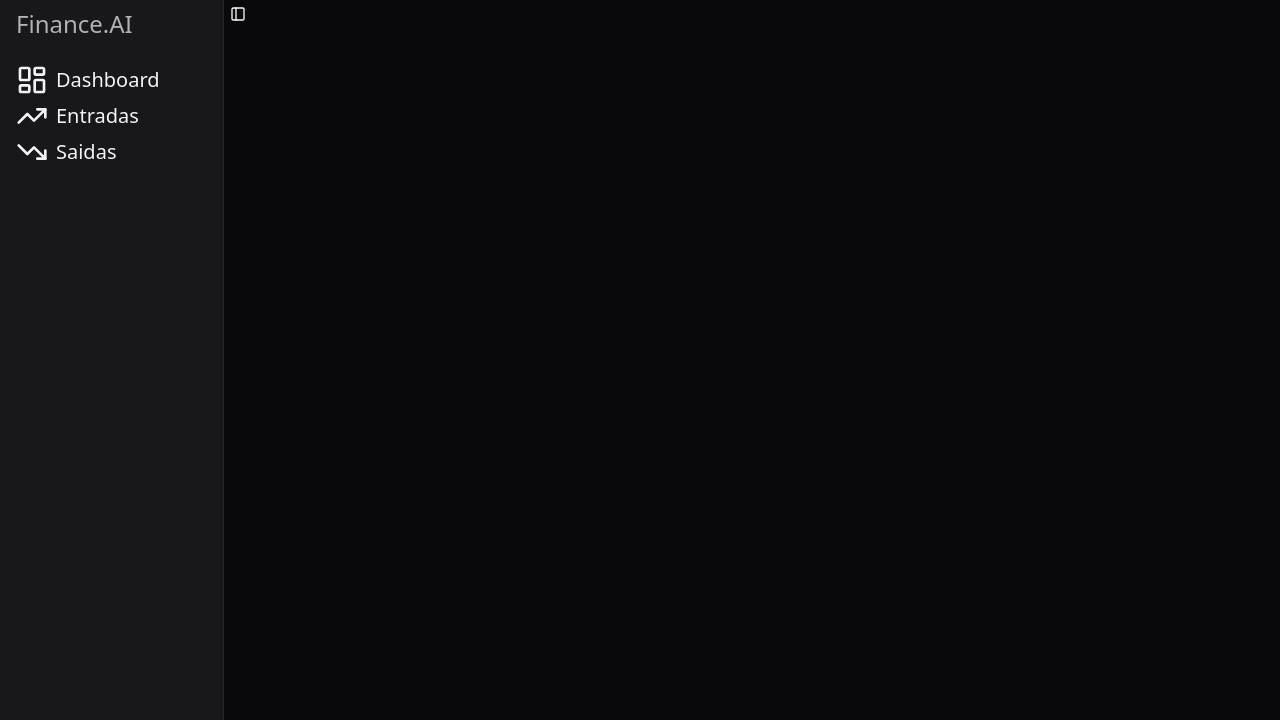
Repository: jvmotadev/web1front
Page: /in
The author's editor kept a copy of each file at every save. The page is drawn from the files as they stood at one save, then again after the next save.
The browser window is 1280 px wide. The pictures show the whole page.
The project was rebuilt for these pictures with package versions that can differ from the ones it lists, and the page was loaded fresh each time. Also part of the build but not shown: vite.config.ts, src/components/ui/input.tsx, src/components/ui/separator.tsx, src/components/ui/sheet.tsx, src/components/ui/skeleton.tsx, src/components/ui/tooltip.tsx, src/components/ui/dialog.tsx, src/components/ui/label.tsx and 5 more.

Above is the page before, as saved 2024-11-16 01:47:38.

After the next save:
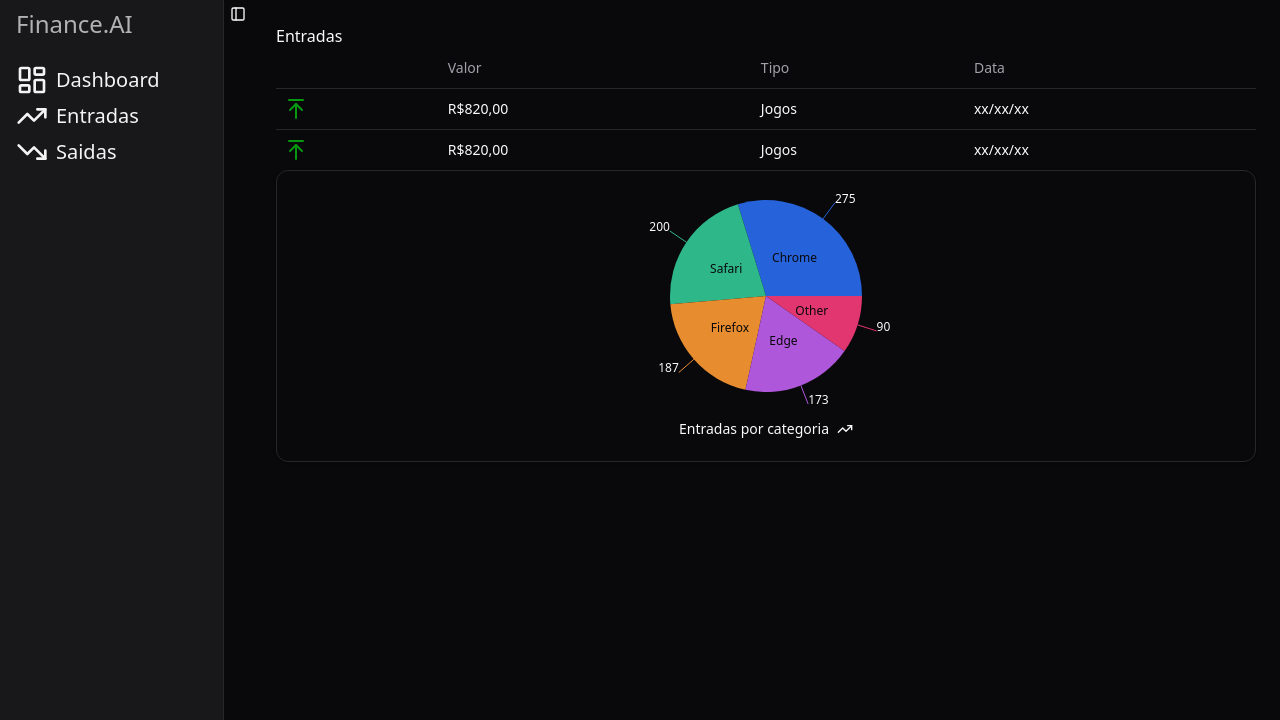
Saved 6 min 2 s later.
--- a/src/pages/entradas.tsx
+++ b/src/pages/entradas.tsx
@@ -1,20 +1,20 @@
-import React from 'react';
 import { Layout } from "@/app/layout";
+import { Tabela } from "@/app/tabela";
+import { Chart } from "@/app/piechart";
 
 const Entradas = () => {
-    return (
-        <div className="flex ">
-
-        <Layout children={undefined}/>
-
-
-          <main className="flex-1 p-6 overflow-auto">
-            <div className="flex justify-between gap-x-24">
-
-            </div>
-          </main>
+  return (
+    <div className="flex ">
+      <Layout children={undefined} />
+      <main className="flex-1 p-6 overflow-auto">
+        <div className="flex justify-between gap-x-24">
+          <h1>Entradas</h1>
         </div>
-      );
+        <Tabela/>
+        <Chart/>
+      </main>
+    </div>
+  );
 };
 
 export default Entradas;
